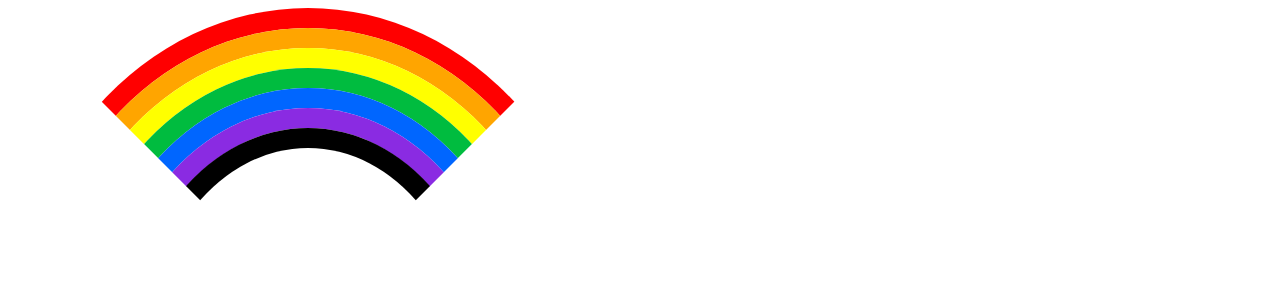
Repository: peterclermy232/phase-0-css-rainbow-lab
Page: index.html
The author's editor kept a copy of each file at every save. The page is drawn from the files as they stood at one save, then again after a run of saves.
The browser window is 1280 px wide. The pictures show the whole page.

Above is the page before, as saved 2022-05-30 08:38:04.

### index.html
<!DOCTYPE html>
<html>

  <head><!-- where all the meta data will go, like and files we need to include -->
    <title>My Little Rainbow</title><!-- the title is what appears on your tab -->
    <link rel="stylesheet" href="./main.css">
  </head>

  <body><!-- the body element is where everything we will see on the page will go -->

    <!-- our soon to be beautiful rainbow! -->
    <div id="red"> <!-- the grandest grandparent div -->
      <div id="orange">

        <div id="yellow">
          <div id="green">

            <div id="blue">
              <div id="indigo">

                <div id="violet"></div> <!-- the grandest child div -->

              </div>
            </div>

          </div>
        </div>

      </div>
    </div>

  </body>

</html>

### main.css
div {
  border: 20px solid #000; /* this is short hand for setting
                            the border's width, its type, and color */
  display: inline-block; /* a way of positioning elements */
  min-width: 20em; /* the two min styles make the shape */
  min-height: 25em; /* of the divs oblong*/
  border-radius: 50%; /* this makes the normally square div round */
  border-left-color: transparent; /* these remove the color from the left side */
  border-right-color: transparent; /* the right side */
  border-bottom-color: transparent; /* and the bottom of the circle */
}
#red{
  border-top-color: #f00;
}
#orange{
  border-top-color: #ffa500;
}
#yellow{
  border-top-color: #ff0;
}
#green{
  border-top-color: #00bc3f;
}
#blue{
  border-top-color: #06f;
}
#indigo{
  border-top-color: #8a2be2;
}
#violet{
  border-
}

After the next 7 saves:
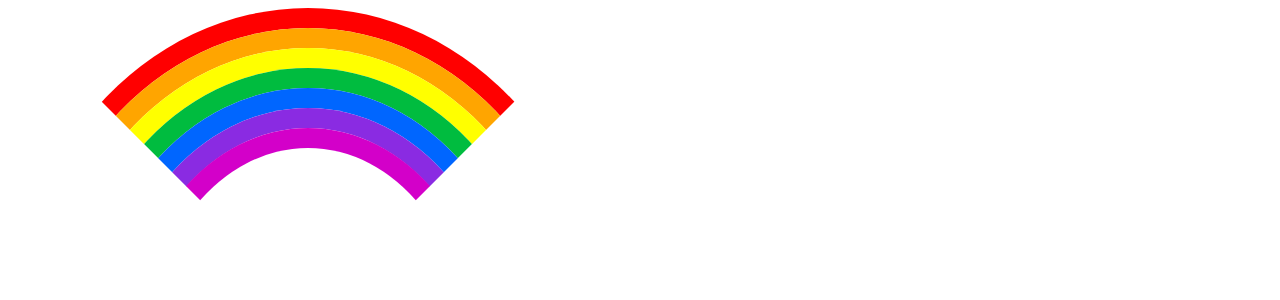
The 7 saves are shown as one change because they came seconds apart.
The last was saved 16 s later.
--- a/main.css
+++ b/main.css
@@ -28,5 +28,5 @@
   border-top-color: #8a2be2;
 }
 #violet{
-  border-
+  border-top-color: #d300c9;
 }
